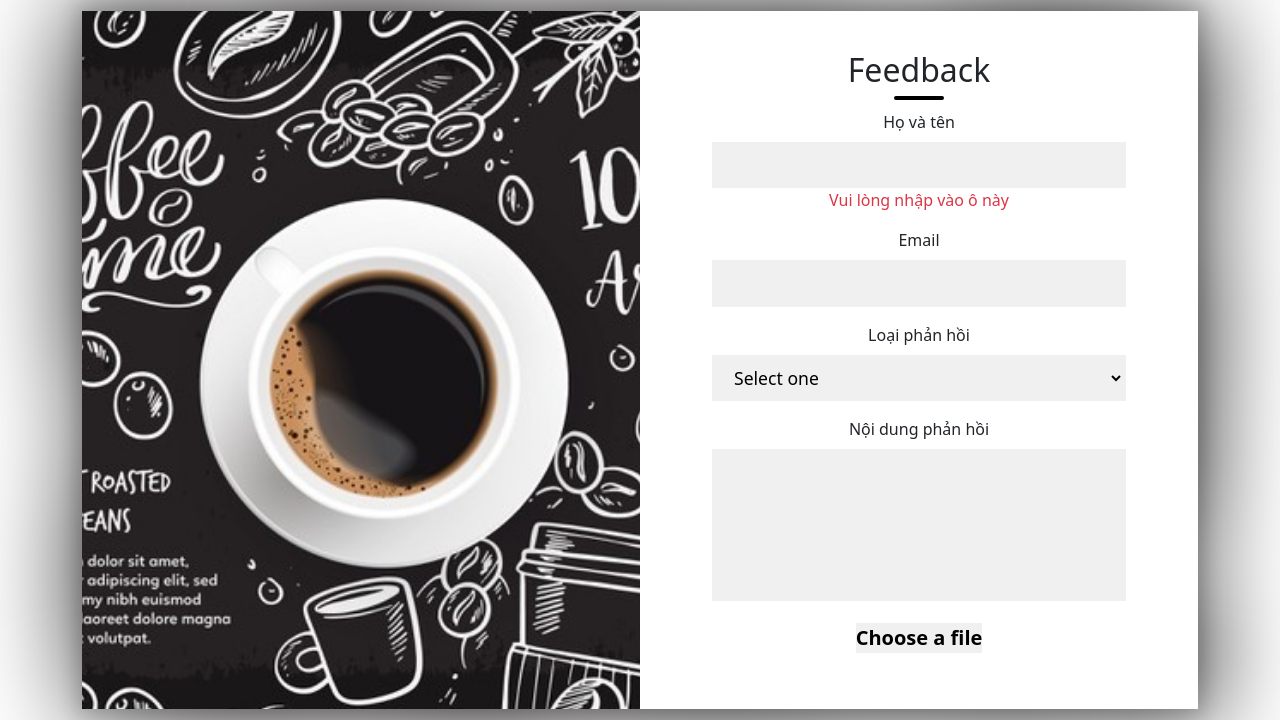
Repository: LeDongGyC/html-css
Page: HTML CSS/prototype/index.html
An editor plug-in stored every save of this project. The page is shown before and after a run of saves, followed by the edit.
The browser window is 1280 px wide. The pictures show the whole page.
The style sheet was rebuilt from its Sass, Less or Tailwind sources for each picture, by a compiler version that may differ from the author's.

Above is the page before, as saved 2023-05-24 10:33:57.

After the next 2 saves:
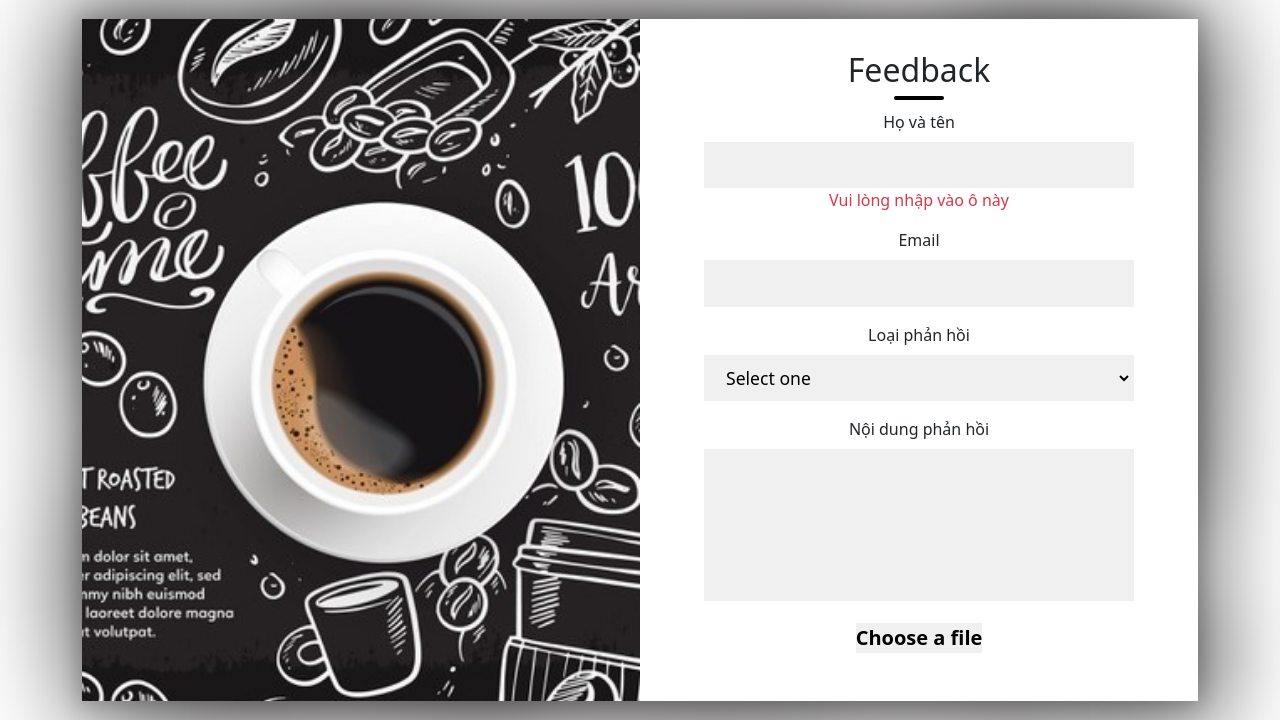
The 2 saves are shown as one change because they came seconds apart.
The last was saved 15 s later.
--- a/HTML CSS/prototype/style.scss
+++ b/HTML CSS/prototype/style.scss
@@ -51,7 +51,7 @@ body {
     height: 100%;
   }
   &_right {
-    padding: 2.5rem 4.5rem;
+    padding: 2rem 4rem;
     &-title {
       position: relative;
       padding: 0 0 10px;
